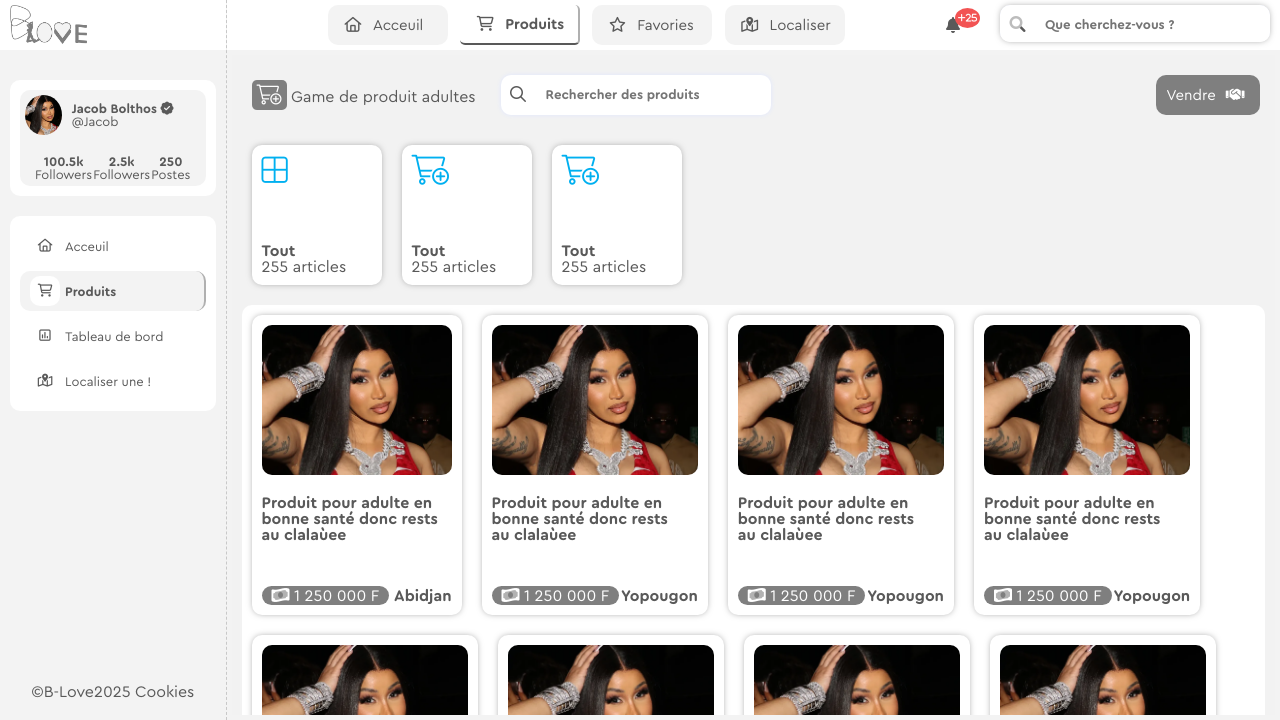
Repository: moomoony-log/b-love
Page: /home/product
These files come from the project's save history. The page is drawn as it stood at one moment and after the next save; the edit follows.
The browser window is 1280 px wide. The pictures show the whole page.
The project was rebuilt for these pictures with package versions that can differ from the ones it lists, and the page was loaded fresh each time. Also part of the build but not shown: vite.config.ts, src/rules/legacy.tsx, src/rules/privacy.tsx, src/view/auth.tsx, src/view/main/acceuil.tsx, src/view/main/dashbord.tsx, src/view/main/info-account.tsx, src/view/main/account.tsx and 1 more.

Above is the page before, as saved 2025-10-02 17:09:14.

After the next save:
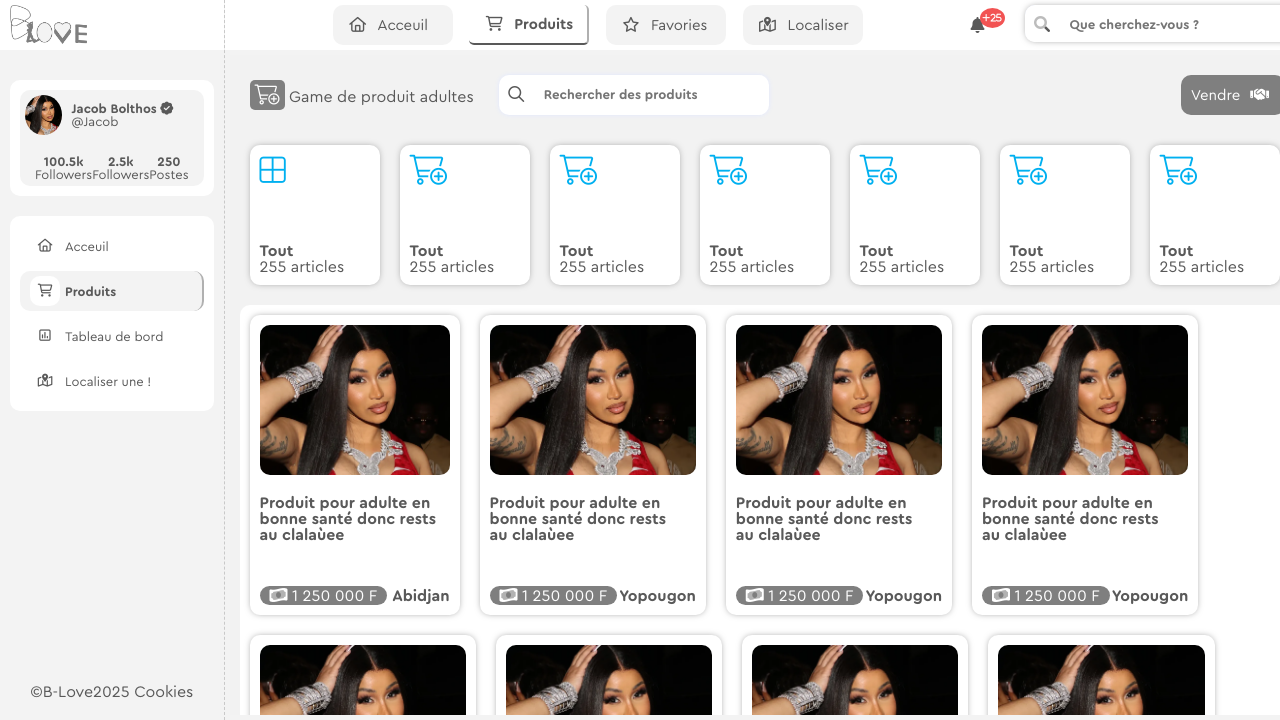
Saved 2 min 9 s later.
--- a/src/view/main/product.tsx
+++ b/src/view/main/product.tsx
@@ -36,6 +36,34 @@ const Product = () => {
                 </div>
             </div>
             <div className="category-item">
+                <i className="fa-light fa-cart-circle-plus"></i>
+                <div>
+                    <span>Tout</span>
+                    <span>255 articles</span>
+                </div>
+            </div>
+             <div className="category-item">
+                <i className="fa-light fa-cart-circle-plus"></i>
+                <div>
+                    <span>Tout</span>
+                    <span>255 articles</span>
+                </div>
+            </div>
+             <div className="category-item">
+                <i className="fa-light fa-cart-circle-plus"></i>
+                <div>
+                    <span>Tout</span>
+                    <span>255 articles</span>
+                </div>
+            </div>
+             <div className="category-item">
+                <i className="fa-light fa-cart-circle-plus"></i>
+                <div>
+                    <span>Tout</span>
+                    <span>255 articles</span>
+                </div>
+            </div>
+             <div className="category-item">
                 <i className="fa-light fa-cart-circle-plus"></i>
                 <div>
                     <span>Tout</span>
